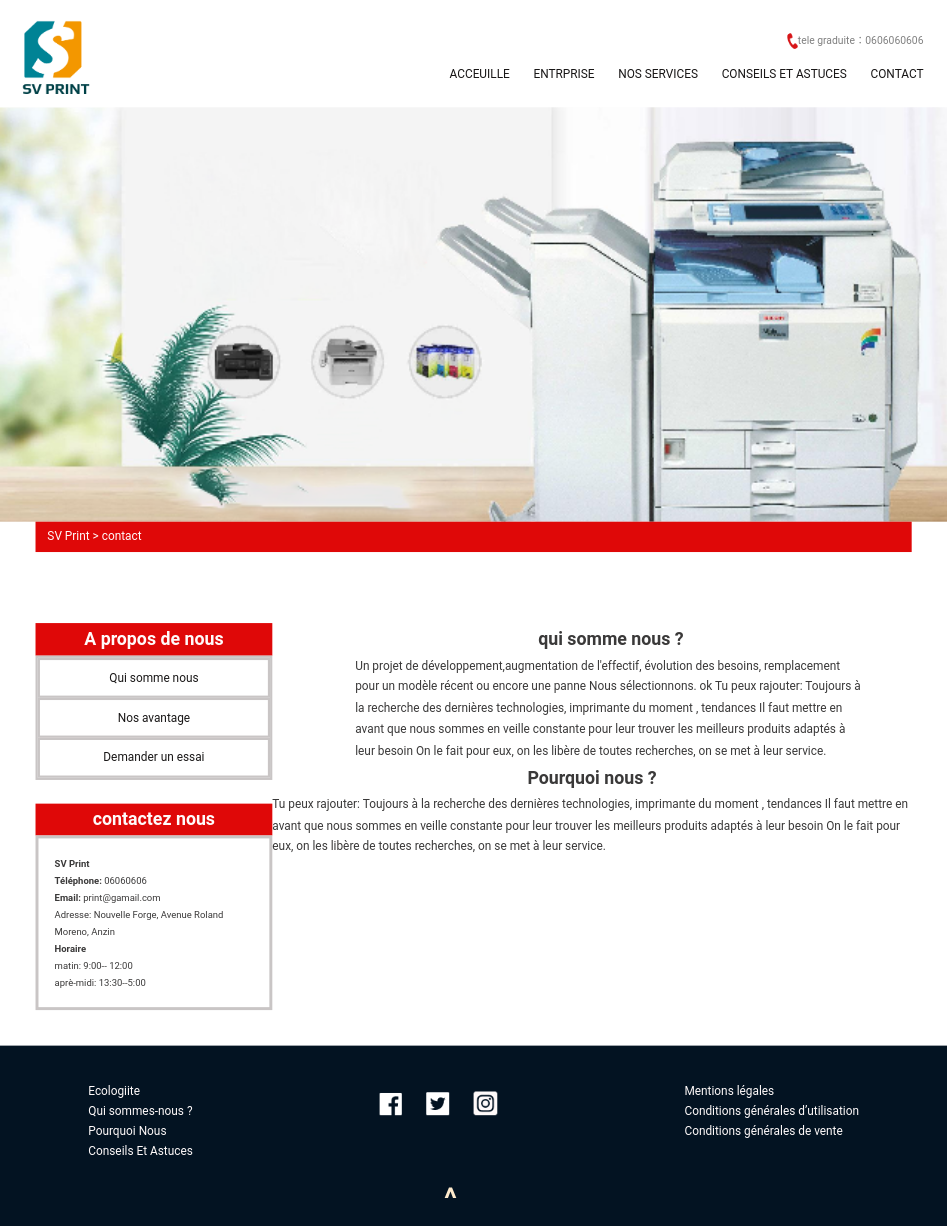
Repository: clairedupuich/sv_print
Page: index.html
The author's editor kept a copy of each file at every save. The page is drawn from the files as they stood at one save, then again after the next save.
The browser window is 1280 px wide. The pictures show the whole page, at 74% of full size.

Above is the page before, as saved 2020-12-04 00:46:36.
Console error: TypeError: Cannot read properties of null (reading 'appendChild')

### index.html
<!doctype html>
<html>
<head>
  <meta charset="utf-8">
  <meta name="viewport"
        content="width=device-width, initial-scale=1, user-scalable=no">
<title>SV Print</title>

<link href="style.css" rel="stylesheet" type="text/css">
<script src="print.js" type="text/javascript"></script>
</head>
<body>
<header id="fh5co-header">




  <div class="logo_nav"id="logo_nav">
    <img src="img/logo4.png" alt="SV Print" class="logo" />
     <div class="nav_tele">
      <div class="tel">
        <img src="img/call.png" class="margin-small-right"
        alt="" />tele graduite：0606060606</div>
    <ul class="nav nav-menu nav-inline nav-split nav-right text-big">
      <li id="liHome" class="home"> <a href="">ACCEUILLE</a></li>
      <li id="liabout-us" class="dropdown"><a href="">ENTRPRISE</a></li>
      <li id="liproducts" class="dropdown"><a href="">NOS SERVICES</a></li>
      <li class="side_nav1" id="cat2"><a href="">CONSEILS ET ASTUCES</a></li>
      <li class="side_nav1" id="cat1"><a href="">CONTACT</a></li>
    </ul>
    </div>
  </div>
</header>



    <div id="view">
      <ul id="img_list">
        <li id="slider1" class="owl-item"><img src="img/img_slider_1.png" class="img_slider" alt=""></li>
        <ul class="boutton_change">
          <a href="#slider5"><li><b> < </b></li></a>
          <a href="#slider2"><li><b> > </b></li></a>
        </ul>
        <li id="slider2" class="owl-item"><img src="img/Group 4.png" alt="" class="img_slider"></li>
        <ul class="boutton_change">
          <a href="#slider1"><li><b> < </b></li></a>
          <a href="#slider3"><li><b> > </b></li></a>
        </ul>
        <li id="slider3" class="owl-item"><img src="img/img_slider_31.png" alt="" class="img_slider"></li>
        <ul class="boutton_change">
          <a href="#slider2"><li><b> < </b></li></a>
          <a href="#slider4"><li><b> > </b></li></a>
        </ul>
        <li id="slider4" class="owl-item"><img src="img/promo.png" alt="" class="img_slider"></li>
        <ul class="boutton_change">
          <a href="#slider3"><li><b> < </b></li></a>
          <a href="#slider4"><li><b> > </b></li></a>
        </ul>
      </ul>
    </div>

<div class="blankbig"></div>
<!-- 临时图片 -->
<div class="img_big">
  <!-- <h3>Notre philosophie</h3>
  <p>"Ne vous plaignez jamais du client à caractère difficile car il est la caust de vos progrès"<br><br>Auguste Detoeuf</p> -->
</div>



<main>
  <div class="red">
    <p>SV Print > contact</p>
  </div>
  <div class="container_cont">
    <div class="left">
      <div class="top">
        <p class="titre">A propos de nous</p>
        <div class="about_us">
        <p class="li_left"><a href="">Qui somme nous</a></p>
        <p class="li_left"><a href="">Nos avantage</a></p>
        <p class="li_left"><a href="">Demander un essai</a></p>
      </div>
      </div>
      <div class="bottom">
        <h3 class="titre">contactez nous</h3>
        <p class="adress">
         <b>SV Print </b> <br>
         <b>Téléphone:</b> 06060606
        <br><b>Email:</b> print@gamail.com
        <br>Adresse:</b> Nouvelle Forge, Avenue Roland Moreno, Anzin

        <br><b>Horaire</b>
        <br>matin: 9:00-- 12:00
        <br>aprè-midi: 13:30--5:00
        </p>
      </div>
    </div>

    <div class="right" id="cont">
      <div class="presant">
        <h3>qui somme nous ?</h3>
        <p>Un projet de développement,augmentation de l'effectif, évolution des besoins, remplacement pour un modèle récent ou encore une panne
          Nous sélectionnons.	ok
          Tu peux rajouter:
          Toujours à la recherche des dernières technologies, imprimante du moment , tendances
          Il faut mettre en avant que nous sommes en veille constante pour leur trouver les meilleurs produits adaptés à leur besoin
          On le fait pour eux, on les libère de toutes recherches, on se met à leur service.</p>
      </div>
      <div class="avandage_e">
        <div class="avantage_tex">
          <h3>Pourquoi nous ?</h3>
          <p>Tu peux rajouter:
            Toujours à la recherche des dernières technologies, imprimante du moment , tendances
            Il faut mettre en avant que nous sommes en veille constante pour leur trouver les meilleurs produits adaptés à leur besoin
            On le fait pour eux, on les libère de toutes recherches, on se met à leur service.</p>
        </div>
        <img src="" alt="" class="img_avan">
      </div>

  </div>
</main>



          <footer>
            <div class="textFooterC">
                <div class="texFooter">
                    <a href="" class="textFooterEle">Ecologiite</a>
                    <a href="" class="textFooterEle">Qui sommes-nous ? </a>
                    <a href="" class="textFooterEle">Pourquoi Nous</a>
                    <a href="" class="textFooterEle">Conseils Et Astuces</a>

                </div>
                <div class="texFooter1 icon_footer">
                  <img src="img/Vector 1.png" alt="" class="iconFooter">
                  <img src="img/Vector2.png" alt="" class="iconFooter">
                  <img src="img/Vector 3.png" alt="" class="iconFooter">
                </div>
                <div class="texFooter">
                    <a href="" class="textFooterEle">Mentions légales</a>
                    <a href="" class="textFooterEle">Conditions générales d’utilisation</a>
                    <a href="" class="textFooterEle">Conditions générales de vente</a>
                </div>
            </div>
            <a href="#logo_nav" class="return_top"> ^ </a>
        </footer>
				</body>
</html>

### style.css
/* 主要部分 style.css */
* {
    margin: 0;
    padding: 0;
    list-style: none;
    text-decoration: none;
}

body {
    font-family: Roboto, Oxygen, Ubuntu, Cantarell, 'Open Sans', 'Helvetica Neue', sans-serif;
    font-size: 16px;
    line-height: 1.8;
    color: #3a3939;
    background: #FFF;
    height: 100%;

}

a:hover {
    text-decoration: none;
}


h1,
h2,
h3,
h4 {
    text-align: center;
    font-size: 1.5em;
    font-weight: bolder;
}
.logo {
    width: 12%;
    min-width: 4em;
    height: 12%;
    min-width: 4em;
}
.nav_tele {
    margin-right: 2em;
}
.tel {
    display: block;
    margin-bottom: 1.5em;
    text-align: right;
    line-height: 20px;
    color: #808080;
    font-size: 14px
}

.tel img {
    vertical-align: middle;
}

.logo_nav {
    display: flex;
    flex-direction: row;
    flex-wrap: wrap;
    align-items: center;
    margin-top: 1em;
    justify-content: space-between;
}
.logo_nav ul {
    display: flex;
    flex-direction: row;
    flex-wrap: wrap;
    align-items: center;
    justify-content: space-around;
    list-style: none;

}
.logo_nav ul li {
    margin-left: 2em;
}
.logo_nav ul li a{

    text-decoration: none;
    color: rgb(24, 22, 22);
    text-align: center;
}
.logo_nav ul li:hover {
     background-color: rgb(78, 120, 135);
     background-clip: content-box;

}
/* nav 结束 */

/* slider */

.img_slider {
    width: 100%;
    height: 45em;
    position: absolute;
}
#view {
    position: relative;
    width: 100%;
    overflow: hidden;
}
#view:after {
    content: '.';
    display: block;
    clear: both;
    height: 0;
    visibility: hidden;
  }
  #img_list {
    position: absolute;
    width: 100%;
  }
  #img_list li {
    float: left;
     width: 100%;
    height:46em;
  }
.blankbig {
    clear: both;
}


.boutton_change {
    display: flex;
    flex-direction: row;
    justify-content: space-around;
    cursor: pointer;
    padding: 2em 46% 0;
  }
  .boutton_change a {
    color: #000000;
    text-decoration: none;
  }
  .boutton_change a li {
    list-style: none;
  }

.container {
    display: flex;
    flex-direction: row;
    flex-wrap: wrap;
    align-items: center;
    justify-content: center;
    margin: 3.5em auto;
    text-align: center;
}
/* image replace */
.img_big {
    background-image: url(img/slider_img1.png);
    background-position: center;
    background-repeat: no-repeat;
    background-size: cover;
    height: 19em;
    padding: 12em 2em 4em 30em;
    color: ivory;
}
.img_big p {
    padding-left: 17em;
    margin-top: 3em;
}


/* footer commence */
footer {

    color: snow;
    margin-top: 2em;
    width: 100%;
    background-color: #031322;
    margin-bottom: 0;
}
.textFooterC {
    display: flex;
    flex-direction: row;
    flex-wrap: wrap;
    justify-content: space-around;
    padding-top: 3em;
    padding-bottom: 1em;
}
.texFooter {
    display: flex;
    flex-direction: column;
    line-height: 1.7em;

}

.textFooterEle {
    text-decoration: none;
    list-style: none;
    color: snow;
}
.iconsFooter {
    background-color: #0F4C81;
    text-align: center;
}
.iconFooter{
   padding: 0.9em;
}
.return_top {
    width: 100%;
    font-size: 2.5em;
    font-weight: bold;
    color: blanchedalmond;
    text-align: center;
    margin-left: 15em;
    /* margin-bottom: -3em; */
}

/* page contact commance */
.red {
    margin: 0 3em;
    padding: .4em 1em;
    background-color: rgb(223, 8, 8);
    color: snow;
    margin-bottom: 6em;
}
.container_cont {
    margin: 3em;
    display: flex;
    flex-direction: row;
    justify-content: space-between;
}
.top {
    width: 30%;
    min-width: 20em;
    text-align: center;
    margin-bottom: 2em;

}

.about_us {
    border: solid rgb(201, 197, 197) 3px;
    line-height: 3em;
}
.li_left {
    padding: 2em auto;
    color: black;
    border: solid rgb(201, 197, 197) 3px;
}
.li_left:hover {
    background-color: rgb(201, 197, 197);
}
.li_left a {
    color: rgb(26, 24, 24);
}
.titre {
    padding: 2.5em auto;
    color: snow;
    background-color:  rgb(223, 8, 8);;
    font-size: 1.5em;
    font-weight: bold;
}
.bottom {
    width: 30%;
    min-width: 20em;
    text-align: left;
}
.bottom p {
    font-size: .8em;
    border: solid rgb(201, 197, 197) 4px;
    padding: 1.7em;
}

.presant {
    width: 80%;
    margin-left: 7em;
}
.avantage_tex {
    display: flex;
    flex-direction: row;
    flex-wrap: wrap;
    justify-content: space-around;
}

### print.js
/* for the slider */
var img_list = document.getElementById('img_list');
setInterval(function () {
    img_list.appendChild(img_list.firstChild);
}, 2500)

After the next save:
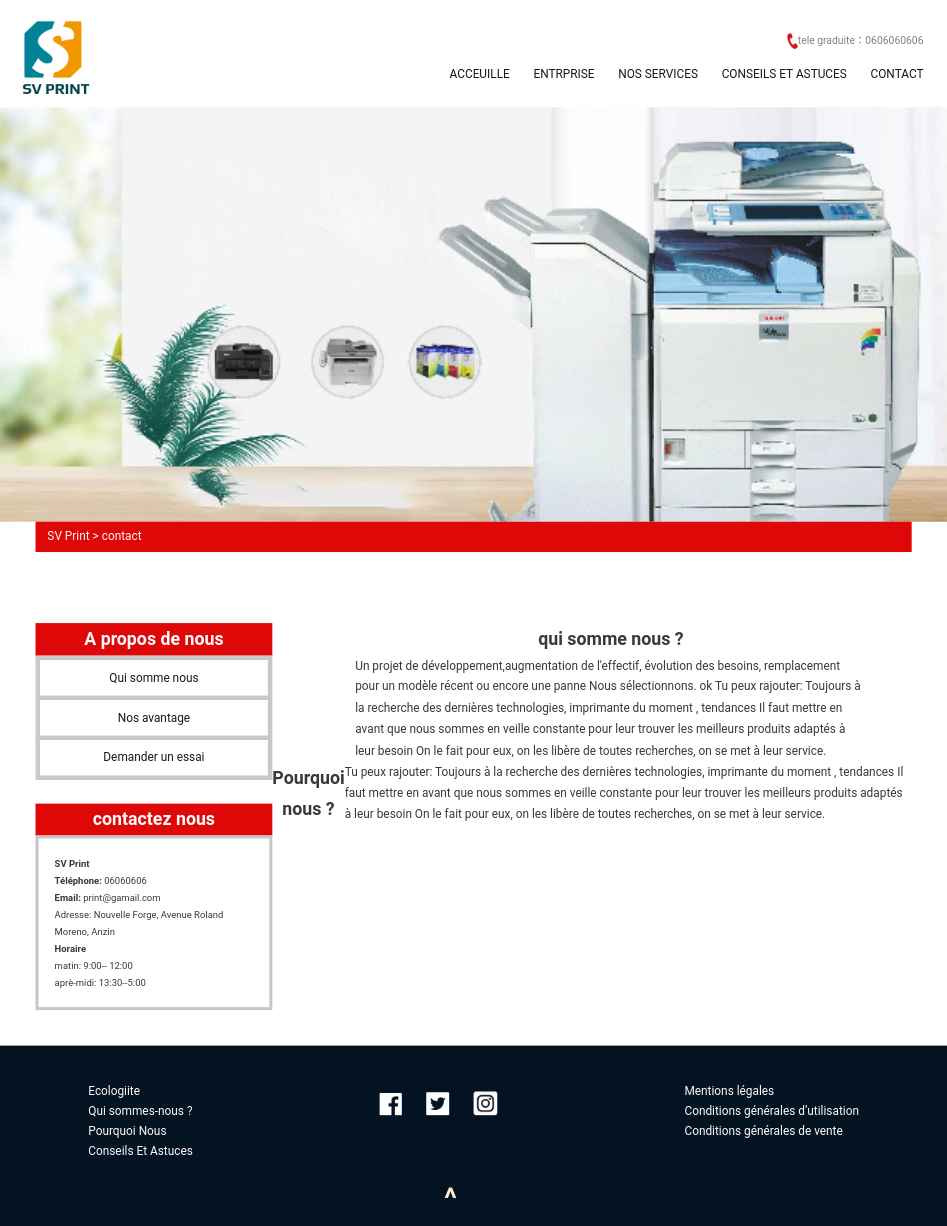
Saved 13 s later.
--- a/style.css
+++ b/style.css
@@ -265,6 +265,5 @@
 .avantage_tex {
     display: flex;
     flex-direction: row;
-    flex-wrap: wrap;
-    justify-content: space-around;
-}
+    justify-content: space-around;
+}

After the 2 saves that followed:
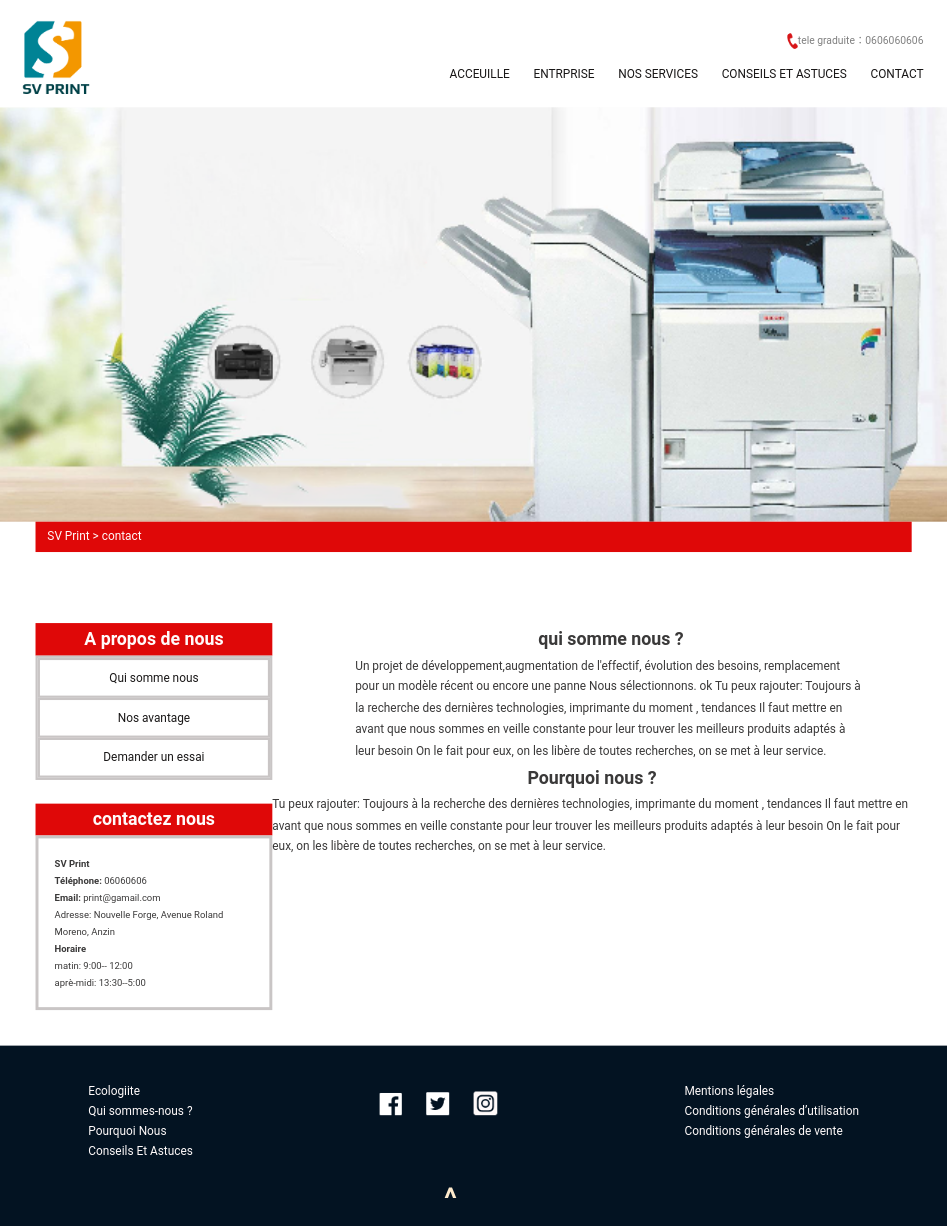
The 2 saves are shown as one change because they came seconds apart.
The last was saved 27 s later.
--- a/style.css
+++ b/style.css
@@ -262,8 +262,8 @@
     width: 80%;
     margin-left: 7em;
 }
-.avantage_tex {
-    display: flex;
-    flex-direction: row;
-    justify-content: space-around;
-}
+.avandage_e {
+    display: flex;
+    flex-direction: row;
+    justify-content: space-around;
+}
